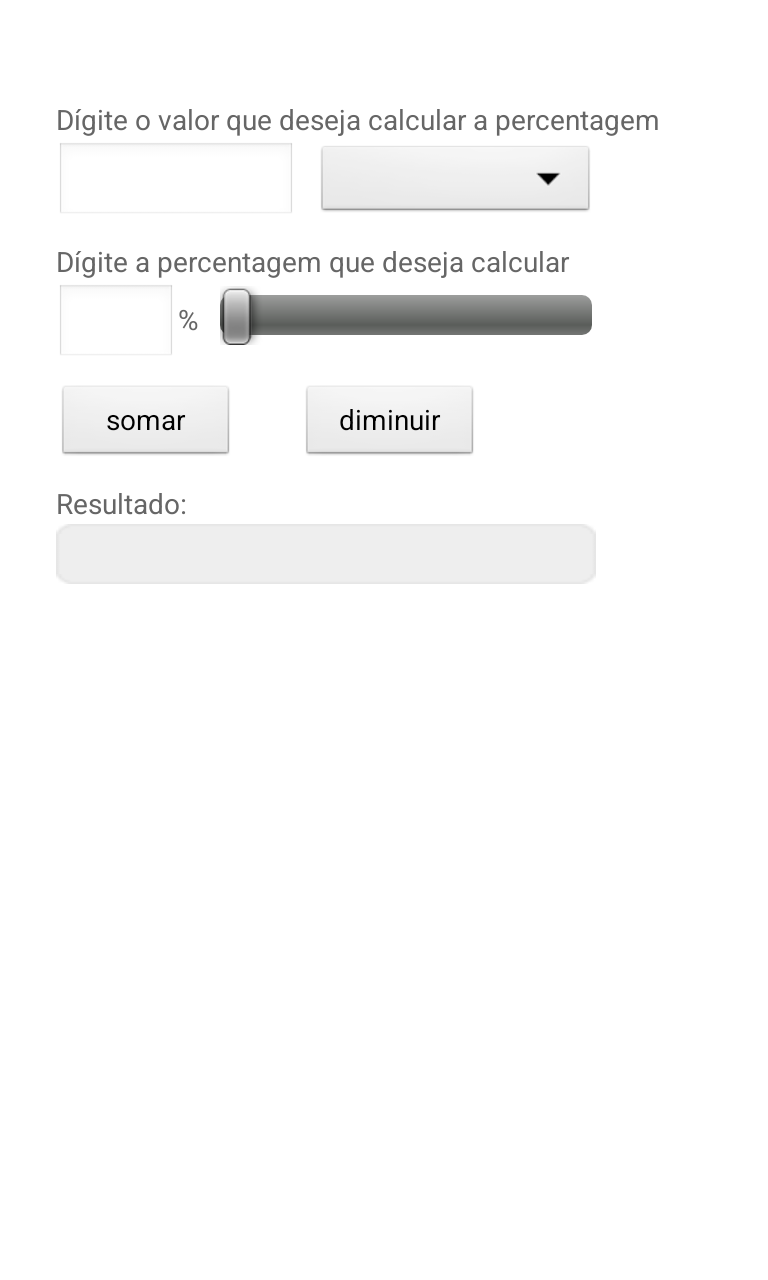
Repository: leoclaro/percentcalc
Layout: CalcularPercentagem/res/layout/main.xml
These files come from the project's save history. The layout is drawn as it stood at one moment and after the next save; the edit follows.
It is drawn on a 768 x 1280 px phone screen (xhdpi) without system bars, with theme android:Theme; the app's code is not run.

Above is the layout before, as saved 2012-05-10 14:35:12.

### CalcularPercentagem/res/layout/main.xml
<?xml version="1.0" encoding="utf-8"?>
<RelativeLayout xmlns:android="http://schemas.android.com/apk/res/android"
    android:layout_width="fill_parent"
    android:layout_height="fill_parent"
    android:background="@android:color/white" >

    <LinearLayout
        android:id="@+id/imageViewBG"
        android:layout_width="300dp"
        android:layout_height="300dp"
        android:scaleType="matrix"
        android:layout_marginTop="5dp"
        android:contentDescription="@string/image_bg"
        android:src="@drawable/bg" />

    <ScrollView
        android:id="@+id/scrollView1"
        android:layout_width="wrap_content"
        android:layout_height="wrap_content"
        android:layout_marginTop="50dp"
        android:layout_marginBottom="10dp" >

        <RelativeLayout xmlns:android="http://schemas.android.com/apk/res/android"
		    android:layout_width="fill_parent"
		    android:layout_height="wrap_content" >

		    <TextView
		        android:id="@+id/textViewValor"
		        android:layout_width="fill_parent"
		        android:layout_height="wrap_content"
		        android:layout_alignParentLeft="true"
		        android:layout_alignParentTop="true"
		        android:layout_marginLeft="28dp"
		        android:text="@string/label_valor"
		        android:textColor="#ff666666" />

		    <EditText
		        android:id="@+id/editTextValor"
		        android:layout_width="120dp"
		        android:layout_height="40dp"
		        android:layout_alignLeft="@+id/textViewValor"
		        android:layout_below="@+id/textViewValor"
		        android:layout_marginTop="2dp"
		        android:ems="10"
		        android:inputType="numberDecimal" />

		    <Spinner
		        android:id="@+id/spinnerParcelas"
		        android:layout_width="140dp"
		        android:layout_height="40dp"
		        android:layout_below="@+id/textViewValor"
		        android:layout_marginLeft="158dp"
		        android:layout_marginTop="2dp"
		        android:prompt="@array/spinner_parcelas" />

		    <TextView
		        android:id="@+id/textViewPercentagem"
		        android:layout_width="fill_parent"
		        android:layout_height="wrap_content"
		        android:layout_alignLeft="@+id/textViewValor"
		        android:layout_below="@+id/editTextValor"
		        android:layout_marginTop="10dp"
		        android:text="@string/label_percentagem"
		        android:textColor="#ff666666" />

		    <EditText
		        android:id="@+id/editTextPercentagem"
		        android:layout_width="60dp"
		        android:layout_height="40dp"
		        android:layout_alignLeft="@+id/textViewValor"
		        android:layout_below="@+id/textViewPercentagem"
		        android:layout_marginTop="2dp"
		        android:ems="6"
		        android:inputType="numberDecimal" />

		    <TextView
		        android:id="@+id/textViewPercentagemSinal"
		        android:layout_width="fill_parent"
		        android:layout_height="wrap_content"
		        android:layout_below="@+id/textViewPercentagem"
		        android:layout_marginLeft="89dp"
		        android:layout_marginTop="10dp"
		        android:text="@string/label_percentagem_sinal"
		        android:textColor="#ff666666" />

		    <SeekBar
		        android:id="@+id/seekBarPercentagem"
		        android:layout_width="186dp"
		        android:layout_height="wrap_content"
		        android:layout_below="@+id/textViewPercentagem"
		        android:layout_marginLeft="110dp"
		        android:layout_marginTop="3dp"
		        android:max="1000" />

		    <Button
		        android:id="@+id/buttonSomar"
		        android:layout_width="90dp"
		        android:layout_height="40dp"
		        android:layout_alignLeft="@+id/textViewValor"
		        android:layout_below="@+id/editTextPercentagem"
		        android:layout_marginTop="10dp"
		        android:text="@string/button_somar" />

		    <Button
		        android:id="@+id/buttonDiminuir"
		        android:layout_width="90dp"
		        android:layout_height="40dp"
		        android:layout_below="@+id/editTextPercentagem"
		        android:layout_marginLeft="150dp"
		        android:layout_marginTop="10dp"
		        android:text="@string/button_diminuir" />

		    <TextView
	            android:id="@+id/textViewLabelResultado"
	            android:layout_width="fill_parent"
	            android:layout_height="wrap_content"
	            android:layout_alignLeft="@+id/textViewValor"
	            android:layout_marginTop="10dp"
	            android:layout_below="@+id/buttonSomar"
	            android:text="@string/label_resultado"
	            android:textColor="#ff666666" />

		    <RelativeLayout
		        android:id="@+id/relativeLayoutBgResultadoTop"
		        android:layout_width="270dp"
		        android:layout_height="5dp"
		        android:layout_below="@+id/textViewLabelResultado"
		        android:layout_marginTop="1dp"
		        android:layout_alignLeft="@+id/textViewValor"
		        android:background="@drawable/bg_resultado_top">
			</RelativeLayout>

		    <RelativeLayout
		        android:id="@+id/relativeLayoutBgResultado"
		        android:layout_width="270dp"
		        android:layout_height="wrap_content"
		        android:layout_alignLeft="@+id/textViewValor"
		        android:layout_below="@+id/relativeLayoutBgResultadoTop"
		        android:background="@drawable/bg_resultado" >

		        <TextView
		            android:id="@+id/textViewResultado"
		            android:layout_width="fill_parent"
		            android:layout_height="wrap_content"
		            android:layout_marginLeft="12dp"
		            android:layout_marginTop="1dp"
		            android:textColor="#ff666666" />

		    </RelativeLayout>

		    <RelativeLayout
		        android:id="@+id/relativeLayoutBgResultadoBottom"
		        android:layout_width="270dp"
		        android:layout_height="5dp"
		        android:layout_below="@+id/relativeLayoutBgResultado"
		        android:layout_alignLeft="@+id/textViewValor"
		        android:background="@drawable/bg_resultado_bottom">
			</RelativeLayout>

        </RelativeLayout>
    </ScrollView>

</RelativeLayout>

### CalcularPercentagem/res/values/strings.xml
<?xml version="1.0" encoding="utf-8"?>
<resources>

    <string name="label_valor">Dígite o valor que deseja calcular a percentagem</string>
    <string name="app_name">Calcular Percentagem</string>
    <string name="label_percentagem">Dígite a percentagem que deseja calcular</string>
    <string name="label_percentagem_sinal">%</string>
    <string name="label_sobre">sobre</string>
    <string name="button_somar">somar</string>
    <string name="button_diminuir">diminuir</string>
    <string name="image_bg">fundo</string>
    <string name="label_resultado">Resultado: </string>
    <string-array name="spinner_parcelas">
        <item>meses</item>
        <item>1</item>
        <item>2</item>
        <item>3</item>
        <item>4</item>
        <item>5</item>
        <item>6</item>
        <item>7</item>
        <item>8</item>
        <item>9</item>
        <item>10</item>
        <item>11</item>
        <item>12</item>
    </string-array>

</resources>

After the next save:
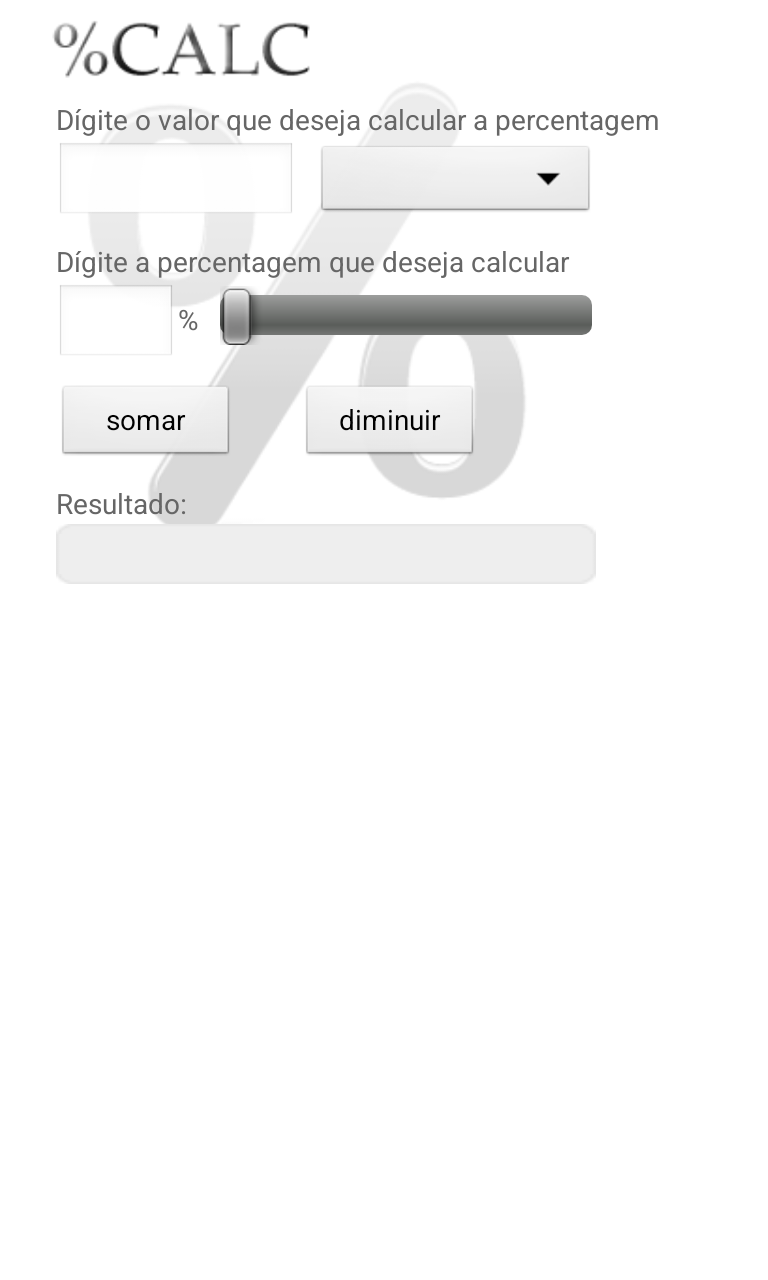
Saved 19 s later.
--- a/CalcularPercentagem/res/layout/main.xml
+++ b/CalcularPercentagem/res/layout/main.xml
@@ -11,7 +11,7 @@
         android:scaleType="matrix"
         android:layout_marginTop="5dp"
         android:contentDescription="@string/image_bg"
-        android:src="@drawable/bg" />
+        android:background="@drawable/bg" />
 
     <ScrollView
         android:id="@+id/scrollView1"
